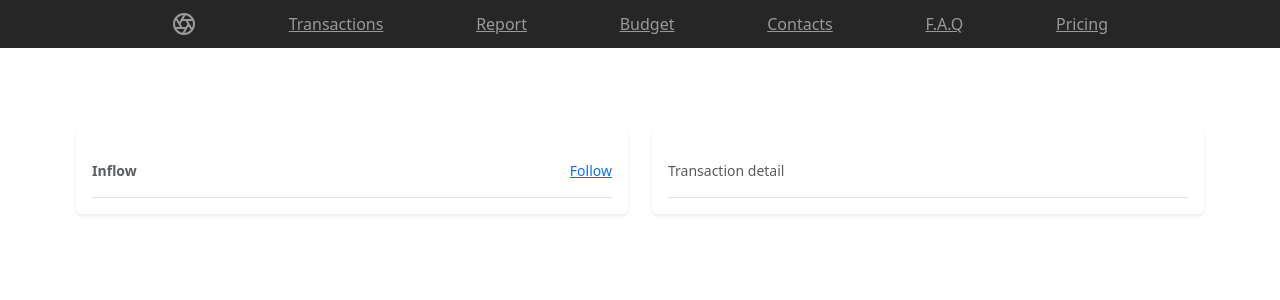
Repository: Nuriddinkhuja/budget-app-advanced
Page: index.html
An editor plug-in stored every save of this project. The page is shown before and after the next save, followed by the edit.
The browser window is 1280 px wide. The pictures show the whole page.
Some web libraries are served in a nearby version.

Above is the page before, as saved 2019-12-17 16:13:54.

### index.html
<html lang="en">
<head>
    <meta charset="UTF-8">
    <meta name="viewport" content="width=device-width, initial-scale=1.0">
    <meta http-equiv="X-UA-Compatible" content="ie=edge">
    <title>Document</title>
    <link rel="stylesheet" href="./node_modules/bootstrap/dist/css/bootstrap.min.css">
    <link rel="stylesheet" href="./css/style.css">
</head>
<body>
    <nav class="site-header sticky-top py-1">
        <div class="container d-flex flex-column flex-md-row justify-content-between">
            <a class="py-2" href="#" aria-label="Product">
            <svg xmlns="http://www.w3.org/2000/svg" width="24" height="24" fill="none" stroke="currentColor" stroke-linecap="round" stroke-linejoin="round" stroke-width="2" class="d-block mx-auto" role="img" viewBox="0 0 24 24" focusable="false"><title>Product</title><circle cx="12" cy="12" r="10"></circle><path d="M14.31 8l5.74 9.94M9.69 8h11.48M7.38 12l5.74-9.94M9.69 16L3.95 6.06M14.31 16H2.83m13.79-4l-5.74 9.94"></path></svg>
            </a>
            <a class="py-2 d-none d-md-inline-block" href="#">Transactions</a>
            <a class="py-2 d-none d-md-inline-block" href="#">Report</a>
            <a class="py-2 d-none d-md-inline-block" href="#">Budget</a>
            <a class="py-2 d-none d-md-inline-block" href="#">Contacts</a>
            <a class="py-2 d-none d-md-inline-block" href="#">F.A.Q</a>
            <a class="py-2 d-none d-md-inline-block" href="#">Pricing</a>
        </div>
    </nav>
    <div class="container-flow">
        <div class="row p-3 p-md-5 m-md-3">
            <div class="col-sm">
                <div class="my-3 p-3 bg-white rounded shadow-sm">
                    <div class="media text-muted pt-3">
                        <div class="media-body pb-3 mb-0 small lh-125 border-bottom border-gray">
                            <div class="d-flex justify-content-between align-items-center w-100">
                                <strong class="text-gray-dark">Inflow</strong>
                                <a href="#">Follow</a>
                            </div>
                        </div>
                    </div>
                </div>
            </div>
            <div class="col-sm">
                <div class="my-3 p-3 bg-white rounded shadow-sm">
                    <div class="media text-muted pt-3">
                        <div class="media-body pb-3 mb-0 small lh-125 border-bottom border-gray">
                            Transaction detail
                        </div>
                    </div>
                </div>
            </div>
        </div>
    </div>

    <script src="./js/jquery.min.js"></script>
    <script src="./node_modules/popper.js/dist/popper.min.js"></script>
    <script src="./node_modules/bootstrap/dist/js/bootstrap.min.js"></script>
    <script src="./js/main.js"></script>
</body>
</html>

### css/style.css
.container {
    max-width: 960px;
  }

  /*
   * Custom translucent site header
   */

  .site-header {
    background-color: rgba(0, 0, 0, .85);
    -webkit-backdrop-filter: saturate(180%) blur(20px);
    backdrop-filter: saturate(180%) blur(20px);
  }
  .site-header a {
    color: #999;
    transition: ease-in-out color .15s;
  }
  .site-header a:hover {
    color: #fff;
    text-decoration: none;
  }

  /*
   * Dummy devices (replace them with your own or something else entirely!)
   */

  .product-device {
    position: absolute;
    right: 10%;
    bottom: -30%;
    width: 300px;
    height: 540px;
    background-color: #333;
    border-radius: 21px;
    -webkit-transform: rotate(30deg);
    transform: rotate(30deg);
  }

  .product-device::before {
    position: absolute;
    top: 10%;
    right: 10px;
    bottom: 10%;
    left: 10px;
    content: "";
    background-color: rgba(255, 255, 255, .1);
    border-radius: 5px;
  }

  .product-device-2 {
    top: -25%;
    right: auto;
    bottom: 0;
    left: 5%;
    background-color: #e5e5e5;
  }


  /*
   * Extra utilities
   */

  .flex-equal > * {
    -ms-flex: 1;
    flex: 1;
  }
  @media (min-width: 768px) {
    .flex-md-equal > * {
      -ms-flex: 1;
      flex: 1;
    }
  }

  .overflow-hidden { overflow: hidden; }

Loaded but not shown: js/jquery.min.js (library); js/main.js (no stored copy; drawn as an empty file)

After the next save:
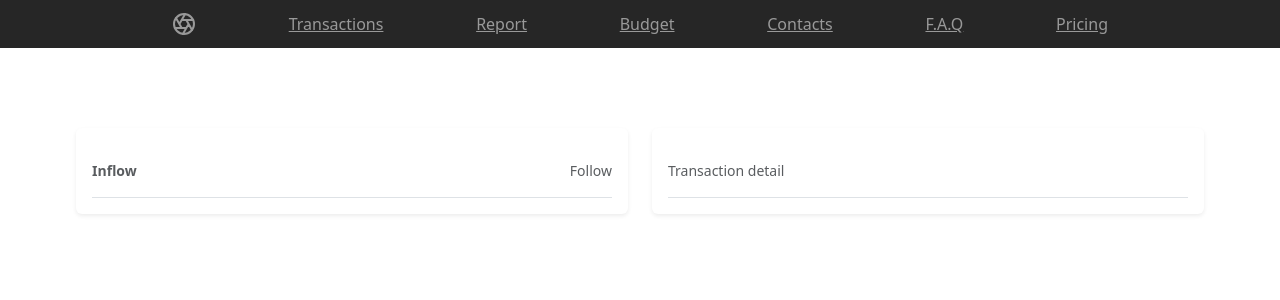
Saved 30 s later.
--- a/index.html
+++ b/index.html
@@ -29,7 +29,7 @@
                         <div class="media-body pb-3 mb-0 small lh-125 border-bottom border-gray">
                             <div class="d-flex justify-content-between align-items-center w-100">
                                 <strong class="text-gray-dark">Inflow</strong>
-                                <a href="#">Follow</a>
+                                <span>Follow</span>
                             </div>
                         </div>
                     </div>
